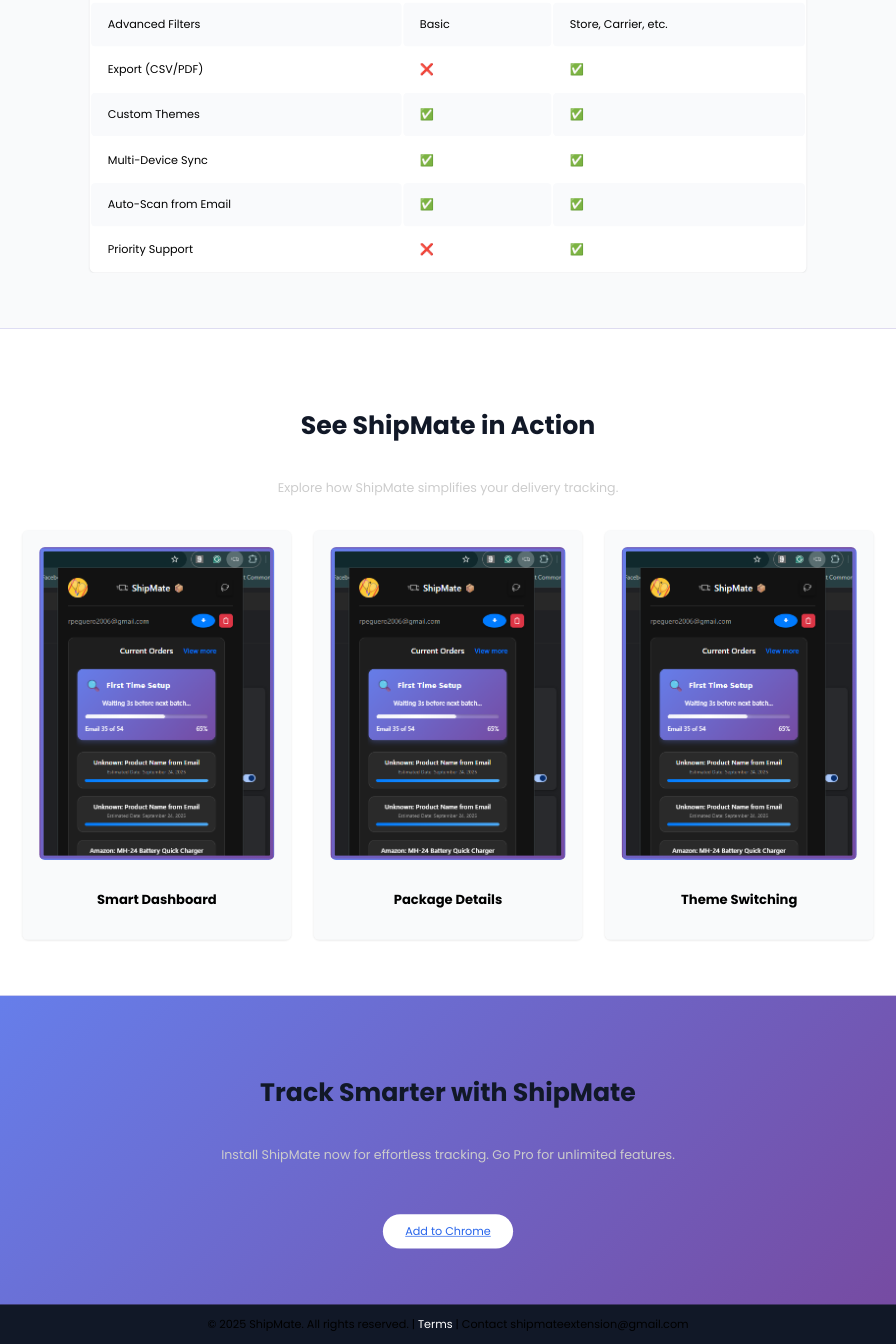
Repository: epeguero8311/shipmate-website
Page: index.html
These files come from the project's save history. The page is drawn as it stood at one moment and after the next save; the edit follows.
The browser window is 1280 px wide. The pictures show the part of the page from y = 1442 to 3362 px (the page is 3362 px tall), at 70% of full size.

Above is the page before, as saved 2025-10-26 20:12:44.

### index.html
<!DOCTYPE html>
<html lang="en">
<head>
  <meta charset="UTF-8" />
  <meta name="viewport" content="width=device-width, initial-scale=1.0" />
  <title>ShipMate – Package Tracking Chrome Extension</title>
  <meta name="description" content="ShipMate lets you track all your packages effortlessly, straight from your Gmail inbox." />
  <link rel="icon" href="assets/icon.png" type="image/png" />
  <link rel="stylesheet" href="styles.css" />
</head>
<body class="body">
  <header class="header">
    <div class="header-container">
      <div class="header-logo-title">
        <h1 class="header-title">ShipMate</h1>
        <img src="assets/icon.png" alt="ShipMate Logo" class="header-logo" />
      </div>
      <p class="header-subtitle">Track your packages effortlessly, straight from your Gmail inbox.</p>
      <a href="https://chromewebstore.google.com/detail/[your-extension-id]" class="btn btn-primary">Get ShipMate Free</a>
    </div>
  </header>

  <section class="section">
    <div class="section-container">
      <h2 class="section-title">Why ShipMate?</h2>
      <p class="section-subtitle">ShipMate transforms package tracking with a clean, intuitive interface, pulling delivery details directly from Gmail.</p>
      <div class="grid">
        <div class="card fade-in">
          <h3 class="card-title">Auto-Tracking</h3>
          <p class="card-text">Instantly pulls tracking info from your Gmail and updates automatically.</p>
        </div>
        <div class="card fade-in">
          <h3 class="card-title">Smart Dashboard</h3>
          <p class="card-text">Organizes “In Progress” packages with powerful sorting and filtering.</p>
        </div>
        <div class="card fade-in">
          <h3 class="card-title">Customizable UI</h3>
          <p class="card-text">Toggle between light and dark modes for a tailored experience.</p>
        </div>
      </div>
    </div>
  </section>

  <section class="section-alt">
    <div class="section-container">
      <h2 class="section-title">Free vs Pro</h2>
      <div class="table-wrapper">
        <table class="table">
          <thead>
            <tr class="table-header">
              <th>Feature</th>
              <th>Free</th>
              <th>Pro ($4.99/mo)</th>
            </tr>
          </thead>
          <tbody>
            <tr><td>Package Tracking Limit</td><td>2 active</td><td>Unlimited</td></tr>
            <tr><td>Details View</td><td>❌</td><td>✅</td></tr>
            <tr><td>Smart ETA</td><td>❌</td><td>✅</td></tr>
            <tr><td>Advanced Filters</td><td>Basic</td><td>Store, Carrier, etc.</td></tr>
            <tr><td>Export (CSV/PDF)</td><td>❌</td><td>✅</td></tr>
            <tr><td>Custom Themes</td><td>✅</td><td>✅</td></tr>
            <tr><td>Multi-Device Sync</td><td>✅</td><td>✅</td></tr>
            <tr><td>Auto-Scan from Email</td><td>✅</td><td>✅</td></tr>
            <tr><td>Priority Support</td><td>❌</td><td>✅</td></tr>
          </tbody>
        </table>
      </div>
    </div>
  </section>

  <section class="section">
    <div class="section-container">
      <h2 class="section-title">See ShipMate in Action</h2>
      <p class="section-subtitle">Explore how ShipMate simplifies your delivery tracking.</p>
      <div class="grid grid-screenshots">
        <div class="card fade-in"><img src="assets/screenshot1.png" class="screenshot-img" alt="Dashboard"><h3>Smart Dashboard</h3></div>
        <div class="card fade-in"><img src="assets/screenshot2.png" class="screenshot-img" alt="Package Details"><h3>Package Details</h3></div>
        <div class="card fade-in"><img src="assets/screenshot3.png" class="screenshot-img" alt="Dark Mode"><h3>Theme Switching</h3></div>
      </div>
    </div>
  </section>

  <section class="cta">
    <div class="cta-container">
      <h2 class="section-title">Track Smarter with ShipMate</h2>
      <p class="section-subtitle">Install ShipMate now for effortless tracking. Go Pro for unlimited features.</p>
      <a href="https://chromewebstore.google.com/detail/[your-extension-id]" class="btn btn-primary">Add to Chrome</a>
    </div>
  </section>

  <footer class="footer">
    <p>&copy; 2025 ShipMate. All rights reserved. | <a href="terms.html">Terms</a> | Contact shipmateextension@gmail.com</p>
  </footer>
</body>
</html>

### styles.css
@import url('https://fonts.googleapis.com/css2?family=Poppins:wght@400;600;700&display=swap');


html {
  scroll-behavior: smooth;
  -ms-overflow-style: none;
  scrollbar-width: none;
}

html::-webkit-scrollbar {
  display: none;
}

body {
  background: linear-gradient(135deg, #667eea 0%, #764ba2 100%);
  margin: 0;
  font-family: 'Poppins', sans-serif;
  -webkit-font-smoothing: antialiased;
}

.header-container {
  max-width: 100%;
  padding: 0 1rem;
  text-align: center;
}

.header {
  background: linear-gradient(135deg, #667eea 0%, #764ba2 100%);
  color: white;
  padding: 4rem 0;
}

.header-logo-title {
  display: flex;
  align-items: center;
  justify-content: center;
  gap: 1rem;
}

.header-logo {
  width: 8%;
  height: 8%;
}

.header-title {
  font-size: 2.25rem;
  font-weight: 800;
  letter-spacing: -0.025em;
  animation: fadeIn 1s forwards;
}

@media (min-width: 768px) {
  .header-title {
    font-size: 3rem;
  }
}

.header-subtitle {
  margin-top: 1rem;
  font-size: 1.125rem;
  color: #DBEAFE;
  max-width: 32rem;
  margin-left: auto;
  margin-right: auto;
}

@media (min-width: 768px) {
  .header-subtitle {
    font-size: 1.25rem;
  }
}

.btn {
  display: inline-block;
  font-weight: 500;
  padding: 0.75rem 2rem;
  border-radius: 9999px;
  transition: all 0.3s ease;
}

.btn-primary {
  background-color: white;
  color: #2563EB;
  margin-top: 1.5rem;
}

.btn-primary:hover {
  transform: scale(1.05);
  background-color: #EFF6FF;
}

.section {
  padding: 5rem 0;
  background-color: white;
}

.section-alt {
  padding: 5rem 0;
  background-color: #F9FAFB;
}

.section-container {
  max-width: 100%;
  padding: 0 1rem;
}

.section-title {
  font-size: 1.875rem;
  font-weight: 700;
  color: #111827;
  text-align: center;
  margin-bottom: 3rem;
  animation: fadeIn 1s forwards;
}

@media (min-width: 768px) {
  .section-title {
    font-size: 2.25rem;
  }
}

.section-subtitle {
  text-align: center;
  color: #cccccc;
  margin-bottom: 3rem;
  max-width: 48rem;
  margin-left: auto;
  margin-right: auto;
  font-size: 1.125rem;
}

.grid {
  display: grid;
  gap: 3rem;
  padding: 0 1rem;
}

@media (min-width: 768px) {
  .grid {
    grid-template-columns: repeat(3, 1fr);
  }
}

.grid-screenshots {
  display: grid;
  gap: 2rem;
  padding: 0 1rem;
}

@media (min-width: 768px) {
  .grid-screenshots {
    grid-template-columns: repeat(3, 1fr);
    grid-template-rows: auto;
  }
}

@media (max-width: 767px) {
  .grid-screenshots {
    grid-template-columns: 1fr;
  }
}

.card {
  text-align: center;
  padding: 1.5rem;
  background-color: #F9FAFB;
  border-radius: 0.5rem;
  box-shadow: 0 1px 3px rgba(0, 0, 0, 0.1);
  transition: transform 0.3s ease;
}

.card:hover {
  transform: scale(1.05);
}

.card-title {
  font-size: 1.25rem;
  font-weight: 600;
  color: #1F2937;
  margin-bottom: 0.75rem;
}

.card-text {
  color: #6B7280;
}

.screenshot-img {
  width: 100%;
  height: auto;
  border-radius: 0.5rem;
  margin-bottom: 1rem;
  border: 2px solid transparent;
  background: linear-gradient(135deg, #667eea 0%, #764ba2 100%);
  padding: 4px;
  box-sizing: border-box;
}

.table-wrapper {
  overflow-x: auto;
  padding: 0 1rem;
}

.table {
width: 100%;
  max-width: 64rem;
  margin-left: auto;
  margin-right: auto;
  background-color: white;
  border-radius: 0.5rem;
  box-shadow: 0 1px 3px rgba(0, 0, 0, 0.1);
}

.table-header {
  background: linear-gradient(135deg, #667eea 0%, #764ba2 100%);
  color: white;
}

.table-cell {
  padding: 1rem 1.5rem;
  text-align: center;
  font-size: 0.875rem;
  font-weight: 500;
}

.table-cell-left {
  padding: 1rem 1.5rem;
  text-align: left;
  font-size: 0.875rem;
  font-weight: 500;
}

.table-body {
  color: #4B5563;
}

.table-row {
  border-bottom: 1px solid #E5E7EB;
}

.table tbody tr {
  height: auto; /* allow flexible row height */
}

.table tbody tr td,
.table tbody tr th {
  padding: 1.2rem 1.5rem; /* more vertical + horizontal padding */
  line-height: 1.5;       /* increase line height for readability */
}

.table tbody tr:not(:last-child) {
  border-bottom: 1px solid #e5e7eb; /* subtle separation between rows */
}

/* Optional: alternating row color for clarity */
.table tbody tr:nth-child(even) {
  background-color: #f9fafc;
}

/* Optional: slightly rounded cells for a modern look */
.table td, .table th {
  border-radius: 6px;
}

.text-center {
  text-align: center;
}

.cta {
  padding: 5rem 0;
  background: linear-gradient(135deg, #667eea 0%, #764ba2 100%);
  color: white;
}

.cta-container {
  max-width: 100%;
  padding: 0 1rem;
  text-align: center;
}

.cta-buttons {
  display: flex;
  flex-direction: column;
  justify-content: center;
  gap: 1.5rem;
}

@media (min-width: 640px) {
  .cta-buttons {
    flex-direction: row;
  }
}

.btn-secondary {
  background-color: #FBBF24;
  color: #1E3A8A;
}

.btn-secondary:hover {
  transform: scale(1.05);
  background-color: #FCD34D;
}

.footer {
  display: flex;
  justify-content: center;
  align-items: center;
  flex-direction: column;
  background-color: #111827;
}

.footer-container {
  max-width: 100%;
  padding: 0 1rem;
  text-align: center;
}

.footer-link {
  margin-top: 0.5rem;
}
.footer a {
  color: white;
  text-decoration: none;
}
.link {
  text-decoration: underline;
  color: #D1D5DB;
}

.link:hover {
  color: white;
}

.fade-in {
  opacity: 0;
  animation: fadeIn 1s forwards;
}

@keyframes fadeIn {
  to { opacity: 1; }
}

After the next save:
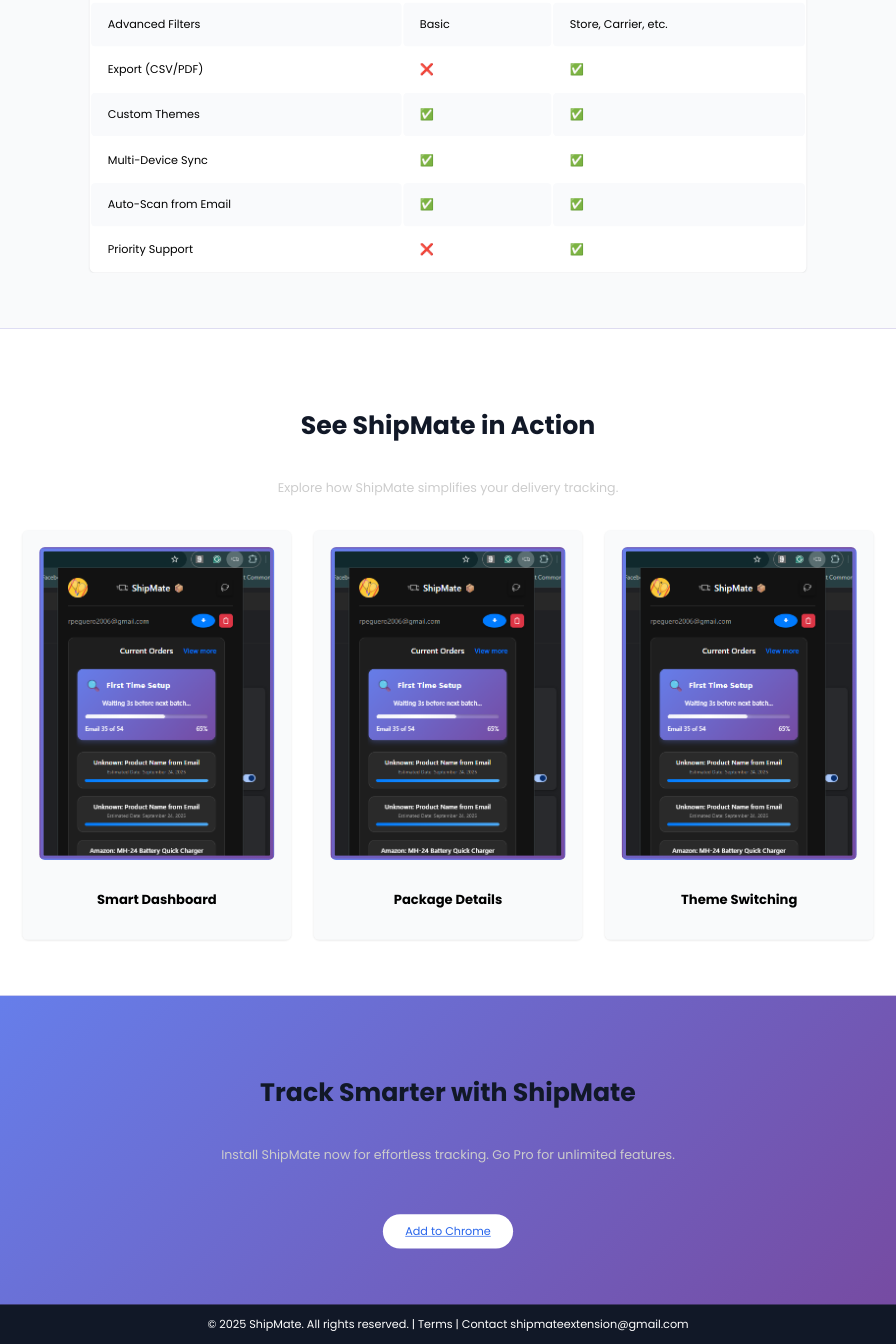
Saved 2 min 18 s later.
--- a/styles.css
+++ b/styles.css
@@ -321,6 +321,10 @@
   color: white;
   text-decoration: none;
 }
+.footer p {
+  color: white;
+  text-decoration: none;
+}
 .link {
   text-decoration: underline;
   color: #D1D5DB;
